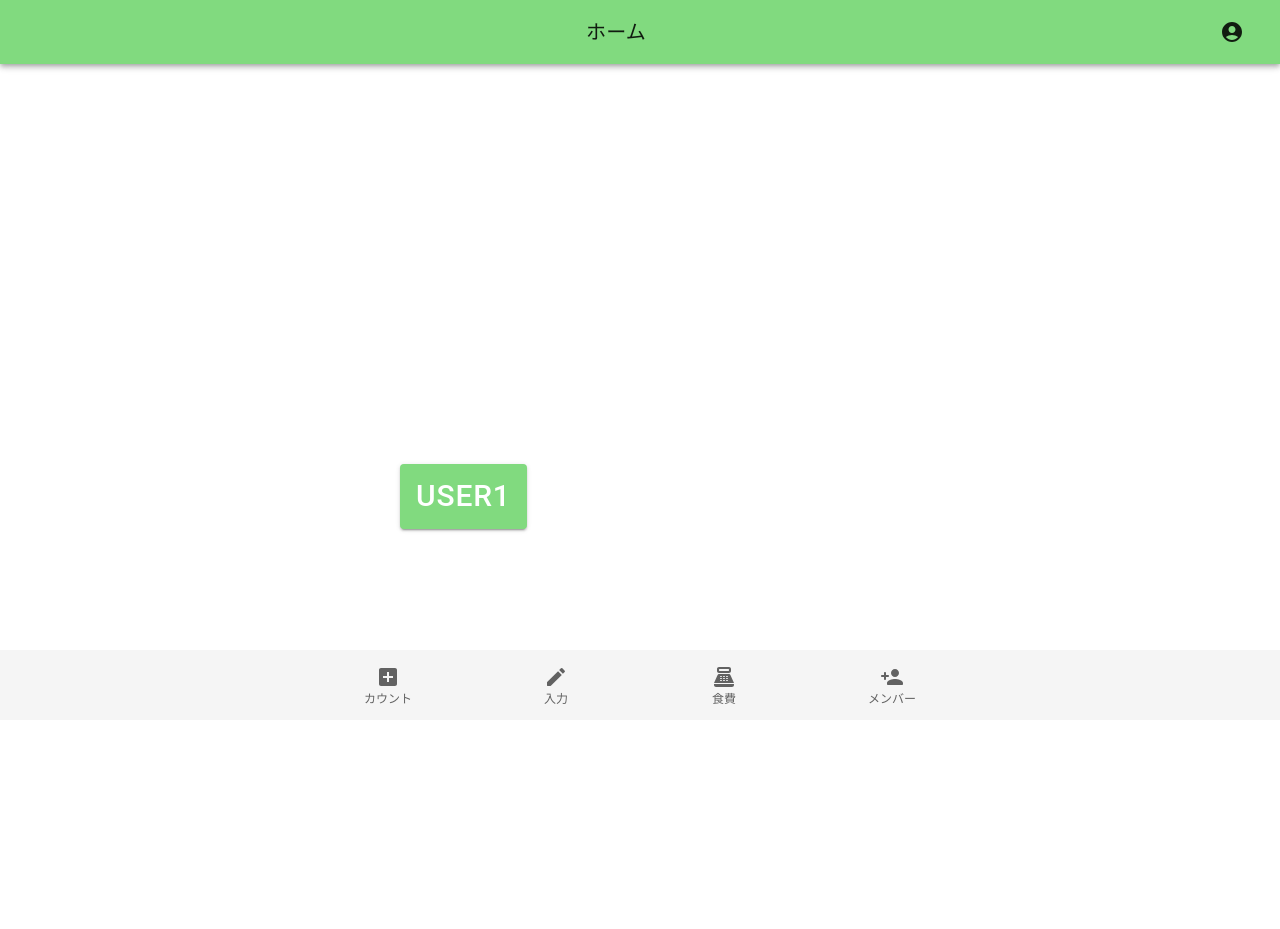
Repository: motohiro0410/motsufood
Page: /noteatingcount (app in frontend/)
An editor plug-in stored every save of this project. The page is shown before and after the next save, followed by the edit.
The browser window is 1280 px wide. The pictures show the whole page.
The project was rebuilt for these pictures with package versions that can differ from the ones it lists, and the page was loaded fresh each time. Also part of the build but not shown: frontend/src/App.css, frontend/src/components/pages/Login.tsx, frontend/src/components/pages/Money.tsx, frontend/src/components/organisms/GroupHeader.tsx, frontend/src/components/pages/Group.tsx, frontend/src/components/organisms/SignInHeader.tsx, frontend/src/components/pages/SignIn.tsx, frontend/src/components/pages/Page404.tsx and 1 more.

Above is the page before, as saved 2022-08-11 15:58:59.

After the next save:
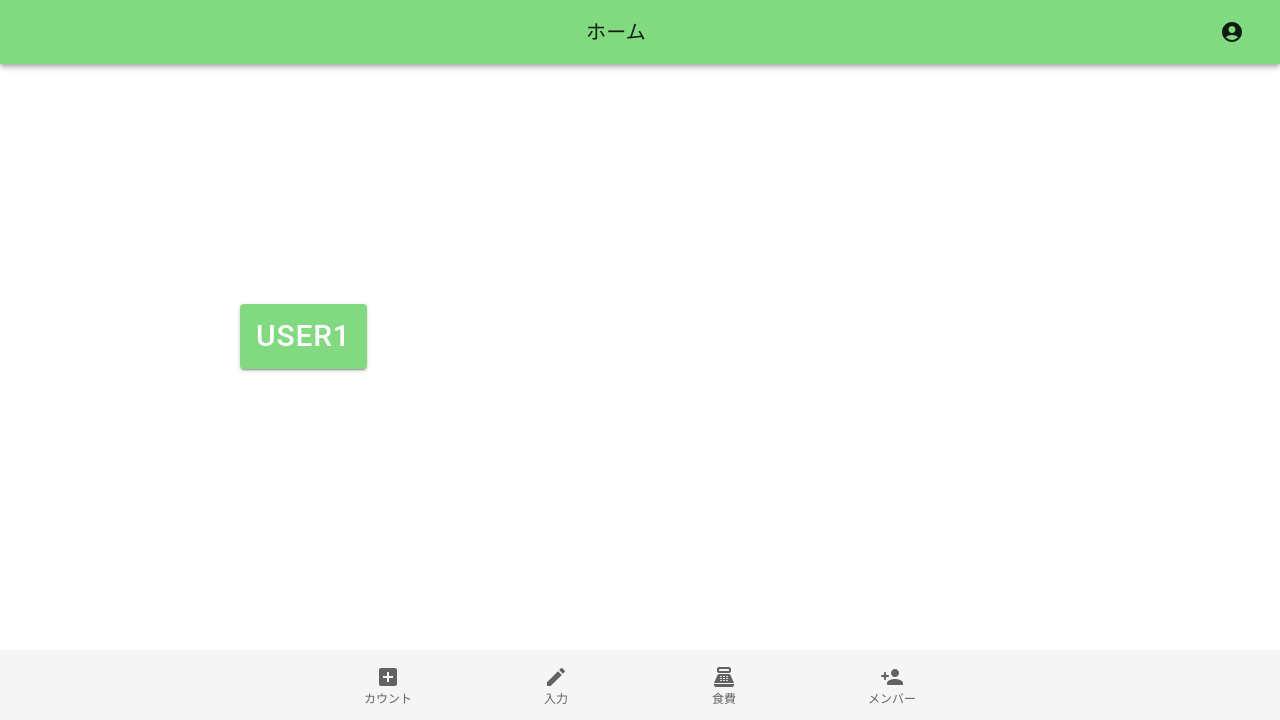
Saved 4 s later.
--- a/frontend/src/components/pages/notEatingCount.tsx
+++ b/frontend/src/components/pages/notEatingCount.tsx
@@ -17,7 +17,7 @@ export const NotEatingCount: FC = memo(() => {
   return (
     <>
       <MainHeader title={contexts[0].title} handleOpen={handleOpen} />
-        <ButtonBase sx={{ m: 50 }}>
+        <ButtonBase sx={{ m: 30 }}>
           <Button variant="contained" sx={{ bgcolor: '#81da7f', color: "white", fontSize: '30px'  }}>user1</Button>
         </ButtonBase>
       <Footer />
